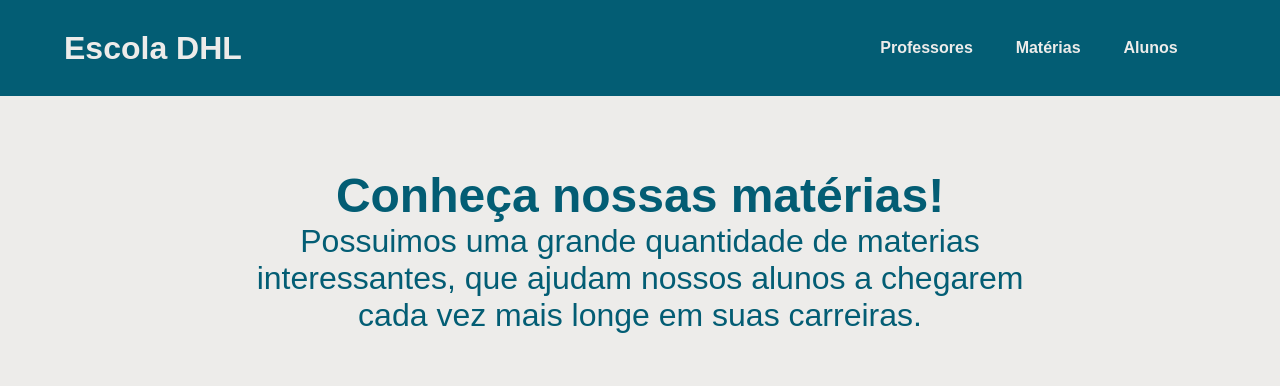
Repository: SirHick/sa-sistema-escola-DHL
Page: front/materias.html
An editor plug-in stored every save of this project. The page is shown before and after the next save, followed by the edit.
The browser window is 1280 px wide. The pictures show the whole page.

Above is the page before, as saved 2026-07-17 16:24:26.

After the next save:
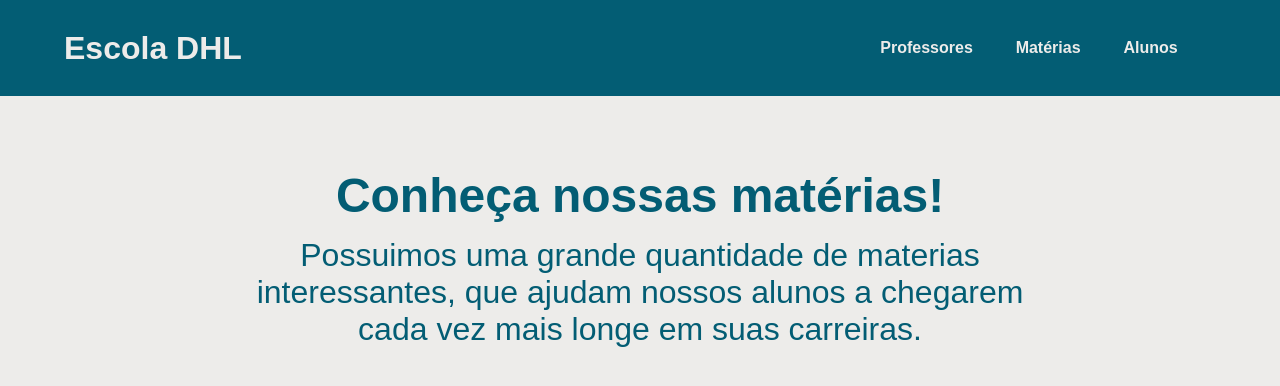
Saved 4 s later.
--- a/front/style.css
+++ b/front/style.css
@@ -66,7 +66,7 @@ header nav a{
 }
 
 .main-text h2{
-    margin-bottom: ;
+    margin-bottom: 2vh;
 }
 
 .main-text{
